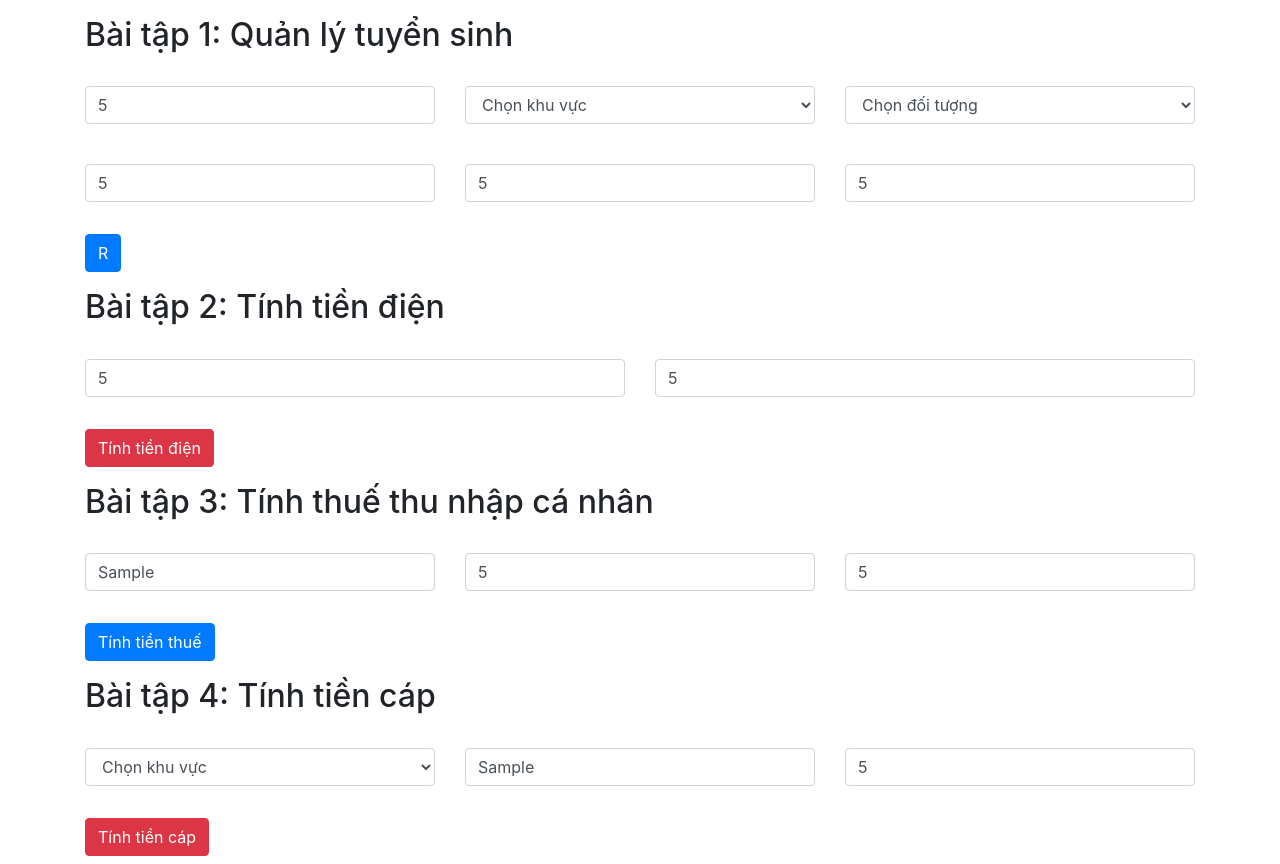
Repository: thanhfrankie/BC10-LeMinhThanh-Js-b5
Page: index.html
An editor plug-in stored every save of this project. The page is shown before and after the next save, followed by the edit.
The browser window is 1280 px wide. The pictures show the whole page.
Empty fields were first filled with sample values (such as "Sample", 5 or name@example.com).
After loading, the first visible `#ket-qua-tuyen-sinh` was clicked once.

Above is the page before, as saved 2023-12-15 19:42:55.

### index.html
<!DOCTYPE html>
<html lang="en">
  <head>
    <title>Title</title>
    <!-- Required meta tags -->
    <meta charset="utf-8" />
    <meta
      name="viewport"
      content="width=device-width, initial-scale=1, shrink-to-fit=no"
    />

    <!-- Bootstrap CSS -->
    <link
      rel="stylesheet"
      href="https://stackpath.bootstrapcdn.com/bootstrap/4.3.1/css/bootstrap.min.css"
      integrity="sha384-ggOyR0iXCbMQv3Xipma34MD+dH/1fQ784/j6cY/iJTQUOhcWr7x9JvoRxT2MZw1T"
      crossorigin="anonymous"
    />
  </head>
  <body>
    <!-- Bài tập 1 -->
    <div class="container">
      <h2 class="mt-3">Bài tập 1: Quản lý tuyển sinh</h2>
      <div class="row">
        <div class="col-sm-4">
          <div class="form-group">
            <label for="luong-mot-ngay"></label>
            <input
              type="number"
              class="form-control"
              name=""
              id="luong-mot-ngay"
              aria-describedby="helpId"
              placeholder="Nhập lương một ngày"
              required
            />
          </div>
        </div>
        <div class="col-sm-4">
          <div class="form-group">
            <label for="khu-vuc"></label>
            <select class="form-control" id="khu-vuc">
              <option selected>Chọn khu vực</option>
              <option>A</option>
              <option>B</option>
              <option>C</option>
            </select>
          </div>
        </div>
        <div class="col-sm-4">
          <div class="form-group">
            <label for="doi-tuong"></label>
            <select class="form-control" id="doi-tuong">
              <option selected>Chọn đối tượng</option>
              <option>1</option>
              <option>2</option>
              <option>3</option>
            </select>
          </div>
        </div>
      </div>
      <div class="row">
        <div class="col-sm-4">
          <div class="form-group">
            <label for="diem-mon-thu-1"></label>
            <input
              type="number"
              class="form-control"
              name=""
              id="diem-mon-thu-1"
              aria-describedby="helpId"
              placeholder="Điểm môn thứ 1"
              required
            />
          </div>
        </div>
        <div class="col-sm-4">
          <div class="form-group">
            <label for="diem-mon-thu-2"></label>
            <input
              type="number"
              class="form-control"
              name=""
              id="diem-mon-thu-2"
              aria-describedby="helpId"
              placeholder="Điểm môn thứ 2"
              required
            />
          </div>
        </div>
        <div class="col-sm-4">
          <div class="form-group">
            <label for="diem-mon-thu-3"></label>
            <input
              type="number"
              class="form-control"
              name=""
              id="diem-mon-thu-3"
              aria-describedby="helpId"
              placeholder="Điểm môn thứ 3"
              required
            />
          </div>
        </div>
      </div>
      <button
        type="button"
        onclick="tuyenSinh()"
        class="btn btn-primary mt-3"
        id="ket-qua-tuyen-sinh"
      >
        Kết quả
      </button>
      <h3 id="ket-qua-trung-binh" class="text-success"></h3>
    </div>
    <!-- Bài tập 2 -->
    <div class="container">
      <h2 class="mt-3">Bài tập 2: Tính tiền điện</h2>
      <div class="row">
        <div class="col-sm-6">
          <div class="form-group">
            <label for="so-luong-USD"></label>
            <input
              type="number"
              class="form-control"
              name=""
              id="so-luong-USD"
              aria-describedby="helpId"
              placeholder="Nhập số tiền USD"
              required
            />
          </div>
        </div>
        <div class="col-sm-6">
          <div class="form-group">
            <label for="so-luong-USD"></label>
            <input
              type="number"
              class="form-control"
              name=""
              id="so-luong-USD"
              aria-describedby="helpId"
              placeholder="Nhập số tiền USD"
              required
            />
          </div>
        </div>
      </div>
      <button type="button" onclick="quyDoiTien()" class="btn btn-danger mt-3">
        Tính tiền điện
      </button>

      <h3 id="so-luong-VND" class="text-success"></h3>
    </div>
    <!-- Bài tập 3-->
    <div class="container">
      <h2 class="mt-3">Bài tập 3: Tính thuế thu nhập cá nhân</h2>
      <div class="row">
        <div class="col-sm-4">
          <div class="form-group">
            <label for="so-luong-USD"></label>
            <input
              type="text"
              class="form-control"
              name=""
              id="so-luong-USD"
              aria-describedby="helpId"
              placeholder="Nhập số tiền USD"
              required
            />
          </div>
        </div>
        <div class="col-sm-4">
          <div class="form-group">
            <label for="so-luong-USD"></label>
            <input
              type="number"
              class="form-control"
              name=""
              id="so-luong-USD"
              aria-describedby="helpId"
              placeholder="Nhập số tiền USD"
              required
            />
          </div>
        </div>
        <div class="col-sm-4">
          <div class="form-group">
            <label for="so-luong-USD"></label>
            <input
              type="number"
              class="form-control"
              name=""
              id="so-luong-USD"
              aria-describedby="helpId"
              placeholder="Nhập số tiền USD"
              required
            />
          </div>
        </div>
      </div>
      <button type="button" onclick="quyDoiTien()" class="btn btn-primary mt-3">
        Tính tiền thuế
      </button>
      <h3 id="so-luong-VND" class="text-success"></h3>
    </div>
    <!-- Bài tập 4-->
    <div class="container">
      <h2 class="mt-3">Bài tập 4: Tính tiền cáp</h2>
      <div class="row">
        <div class="col-sm-4">
          <div class="form-group">
            <label for=""></label>
            <select class="form-control" id="">
              <option selected>Chọn khu vực</option>
              <option>A</option>
              <option>B</option>
              <option>C</option>
            </select>
          </div>
        </div>
        <div class="col-sm-4">
          <div class="form-group">
            <label for="so-luong-USD"></label>
            <input
              type="text"
              class="form-control"
              name=""
              id="so-luong-USD"
              aria-describedby="helpId"
              placeholder="Nhập số tiền USD"
              required
            />
          </div>
        </div>
        <div class="col-sm-4">
          <div class="form-group">
            <label for="so-luong-USD"></label>
            <input
              type="number"
              class="form-control"
              name=""
              id="so-luong-USD"
              aria-describedby="helpId"
              placeholder="Nhập số tiền USD"
              required
            />
          </div>
        </div>
      </div>
      <button type="button" onclick="quyDoiTien()" class="btn btn-danger mt-3">
        Tính tiền cáp
      </button>

      <h3 id="so-luong-VND" class="text-success"></h3>
    </div>

    <!-- Optional JavaScript -->
    <!-- jQuery first, then Popper.js, then Bootstrap JS -->
    <script
      src="https://code.jquery.com/jquery-3.3.1.slim.min.js"
      integrity="sha384-q8i/X+965DzO0rT7abK41JStQIAqVgRVzpbzo5smXKp4YfRvH+8abtTE1Pi6jizo"
      crossorigin="anonymous"
    ></script>
    <script
      src="https://cdnjs.cloudflare.com/ajax/libs/popper.js/1.14.7/umd/popper.min.js"
      integrity="sha384-UO2eT0CpHqdSJQ6hJty5KVphtPhzWj9WO1clHTMGa3JDZwrnQq4sF86dIHNDz0W1"
      crossorigin="anonymous"
    ></script>
    <script
      src="https://stackpath.bootstrapcdn.com/bootstrap/4.3.1/js/bootstrap.min.js"
      integrity="sha384-JjSmVgyd0p3pXB1rRibZUAYoIIy6OrQ6VrjIEaFf/nJGzIxFDsf4x0xIM+B07jRM"
      crossorigin="anonymous"
    ></script>
    <script src="./index.js"></script>
  </body>
</html>

### index.js
// Bài tập 1
/**
 * B1: tạo biến, lấy giá trị từ input
 * B2: Xét các trường hợp
 * + nếu có môn điểm 0 => rớt
 * + chọn điểm chuẩn: ví dụ: 25
 * + tính điểm ưu tiên
 * + tính điểm tổng kết = tổng 3 môn thi + điểm ưu tiên
 * + so sánh điểm tổng kết và điểm chuẩn để kết luận đậu hay rớt
 * + gán sự kiện cho button
 * B3: hiển thị kết quả
 */
function tuyenSinh() {
    var diemMon1 = document.getElementById("diem-mon-thu-1").value*1
    var diemMon2 =document.getElementById("diem-mon-thu-2").value*1
    var diemMon3 = document.getElementById("diem-mon-thu-3").value * 1
    var tongDiem3Mon = diemMon1 + diemMon2 + diemMon3
    var diemKhuVuc = document.getElementById("khu-vuc").value*1
    var diemDoiTuong = document.getElementById("doi-tuong").value*1
    var diemUuTien = diemKhuVuc + diemDoiTuong
    var ketQua = document.getElementById("ket-qua-tuyen-sinh")
    if (diemMon1 || diemMon2 || diemMon3 == 0 ) {
        ketQua.innerText = `R`
    }
}




// Bài tập 2
/**
 * B1: tạo biến, lấy giá trị từ input
 * B2: Tính lương
 * + tạo biến để tính lương: lương 1 ngày * số ngày làm
 * + gán sự kiện click cho button
 * B3: hiển thị kết quả
 */




// Bài tập 3
/**
 * B1: tạo biến, lấy giá trị từ input
 * B2: Tính lương
 * + tạo biến để tính lương: lương 1 ngày * số ngày làm
 * + gán sự kiện click cho button
 * B3: hiển thị kết quả
 */

After the next save:
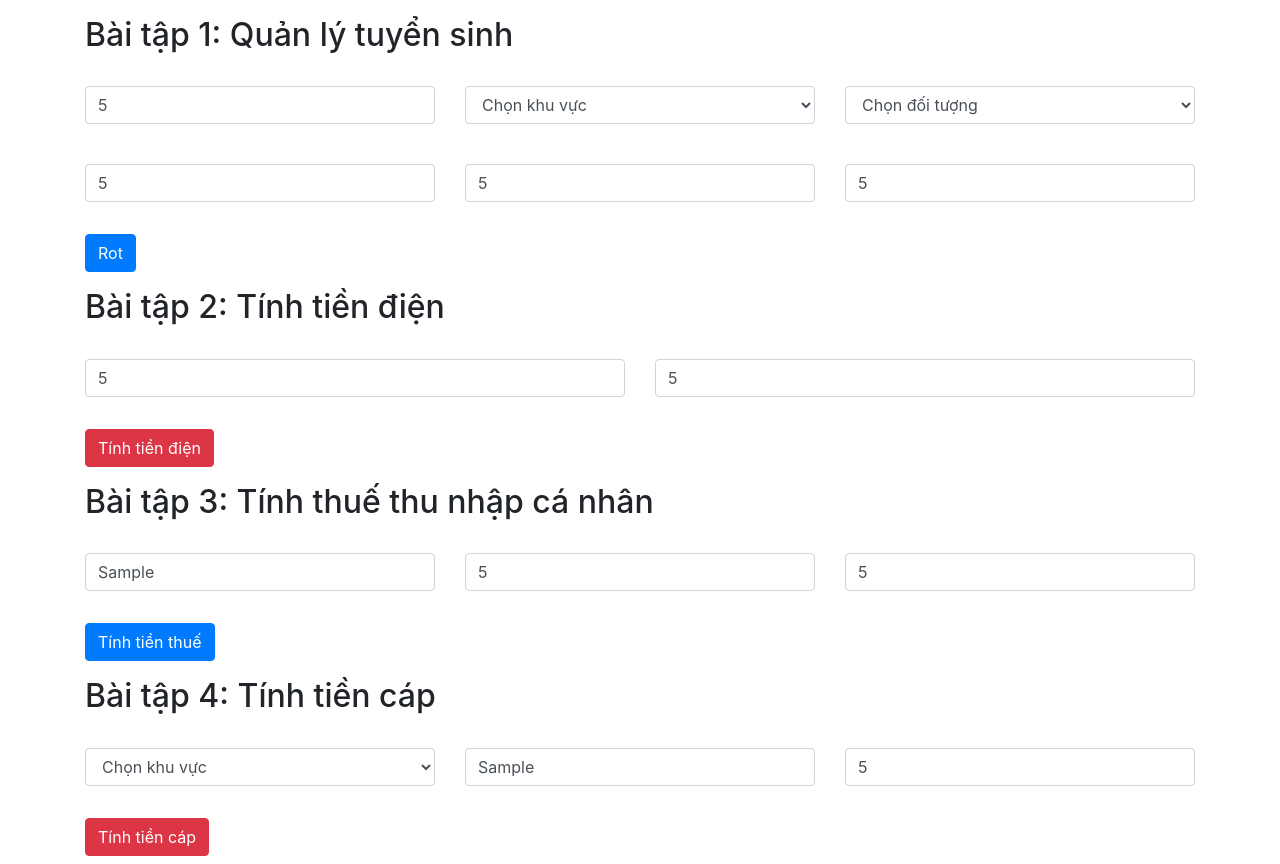
Saved 8 s later.
--- a/index.js
+++ b/index.js
@@ -20,7 +20,7 @@ function tuyenSinh() {
     var diemUuTien = diemKhuVuc + diemDoiTuong
     var ketQua = document.getElementById("ket-qua-tuyen-sinh")
     if (diemMon1 || diemMon2 || diemMon3 == 0 ) {
-        ketQua.innerText = `R`
+        ketQua.innerText = `Rot`
     }
 }
 
